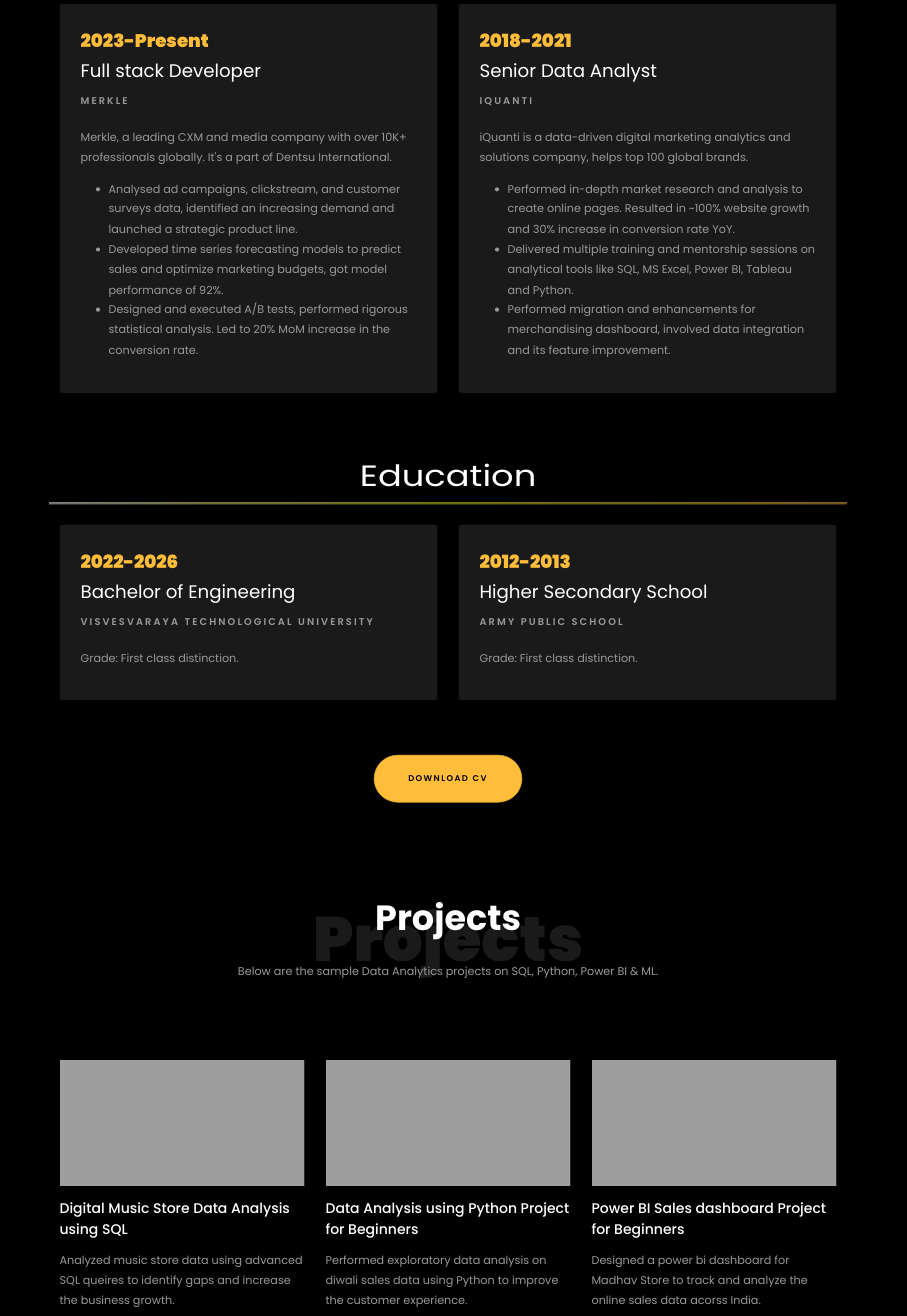
Repository: abp197/portfolio-website
Page: index.html
The author's editor kept a copy of each file at every save. The page is drawn from the files as they stood at one save, then again after the next save.
The browser window is 1280 px wide. The page is 1295 px wide, so the pictures cover 1295 px, including what lies to the right of the window. The pictures show the part of the page from y = 2139 to 4019 px (the page is 6329 px tall), at 70% of full size.
Pictures or frames that could not be fetched are drawn as grey boxes.

Above is the page before, as saved 2024-10-15 00:30:43.
Console error (its wording comes from the project's code and is left out).

After the next save:
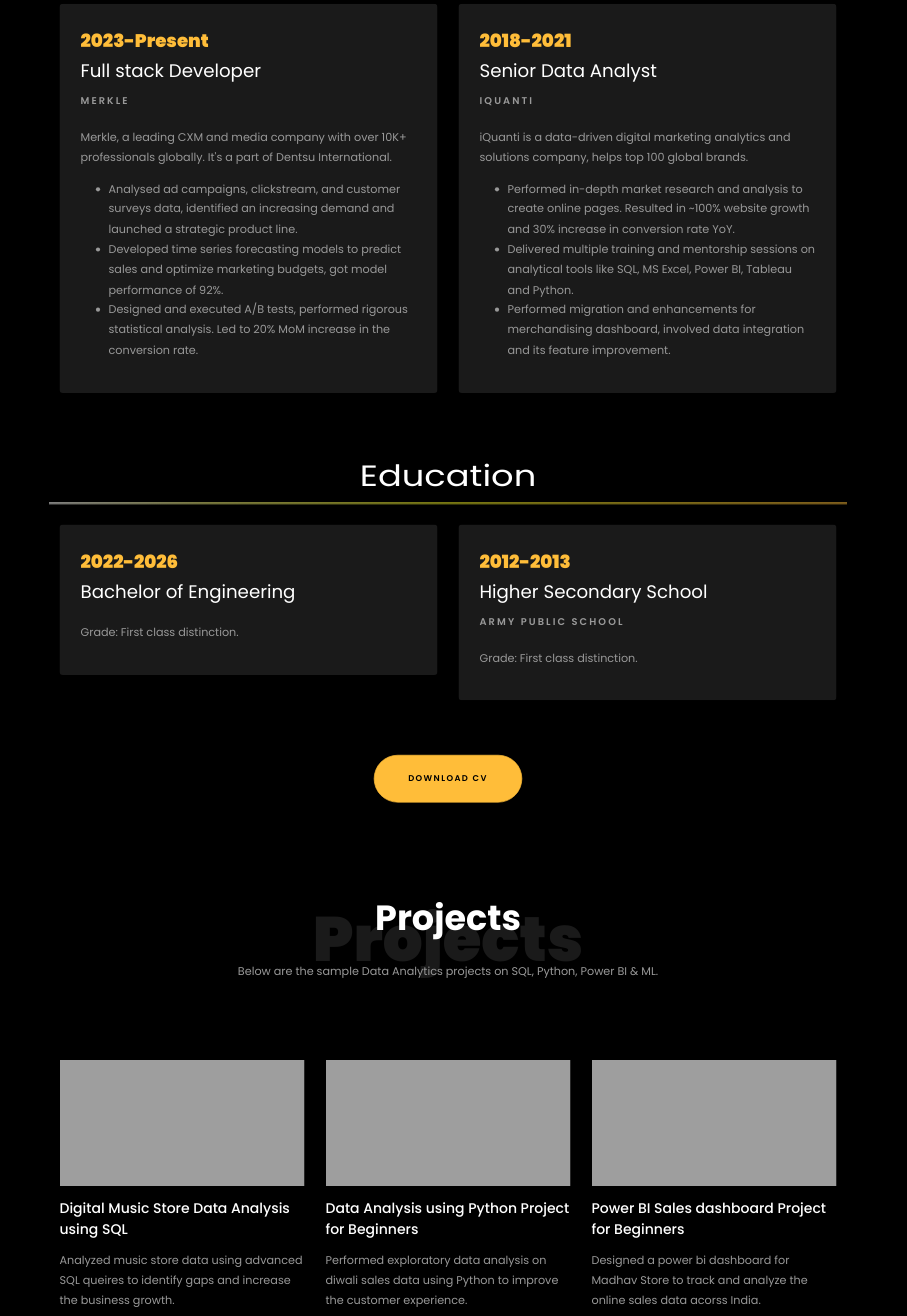
Saved 10 s later.
--- a/index.html
+++ b/index.html
@@ -376,7 +376,7 @@
     				<div class="resume-wrap ftco-animate">
     					<span class="date">2022-2026</span>
     					<h2>Bachelor of Engineering</h2>
-    					<span class="position">Visvesvaraya Technological University</span>
+    					<span class="position"></span>
     					<p class="mt-4">Grade: First class distinction.</p>
     				</div>
     			</div>
